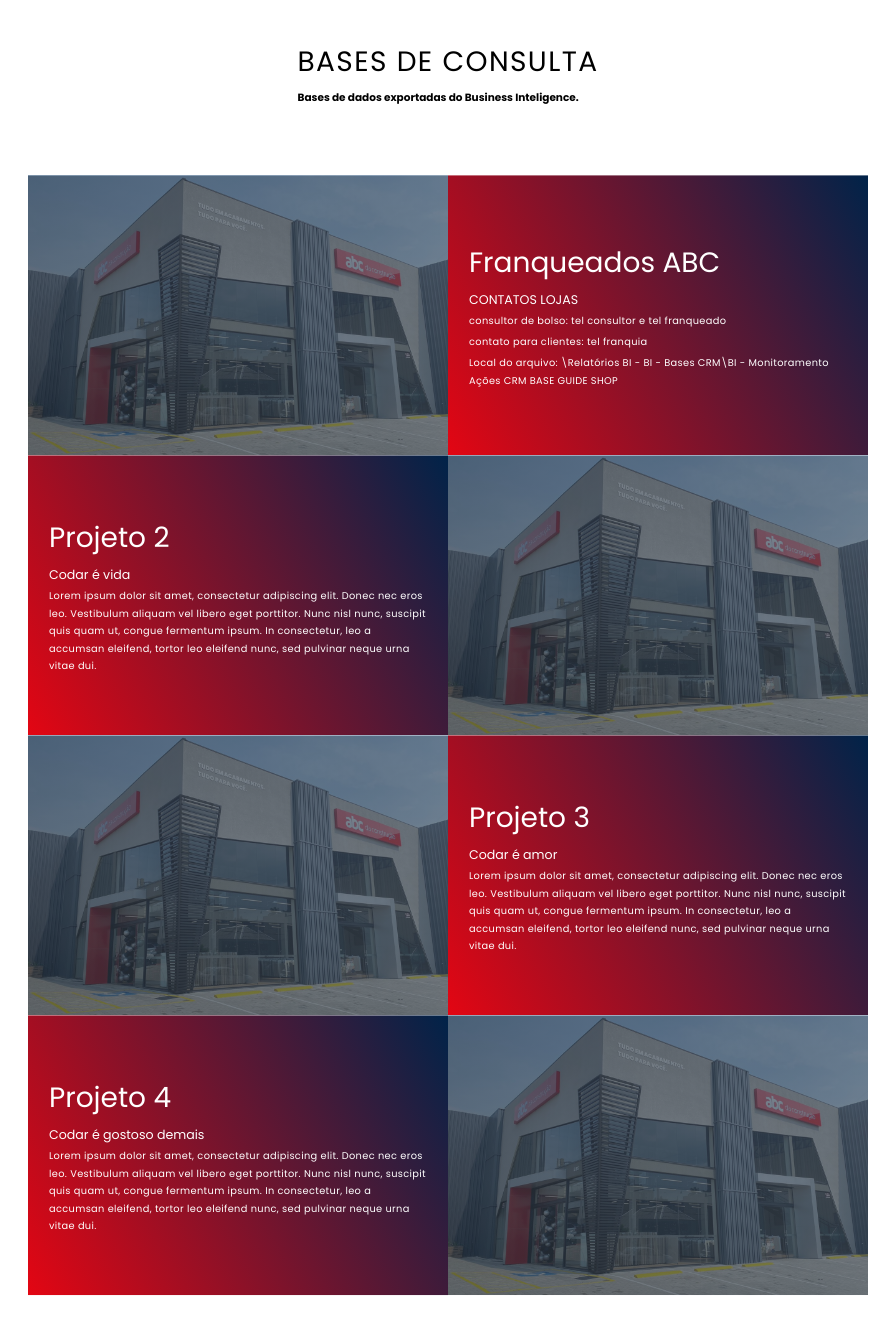
Repository: douglasabnovato/apresentacao
Page: index.html
An editor plug-in stored every save of this project. The page is shown before and after the next save, followed by the edit.
The browser window is 1280 px wide. The pictures show the part of the page from y = 1966 to 3886 px (the page is 13502 px tall), at 70% of full size.

Above is the page before, as saved 2025-01-14 17:00:48.

After the next save:
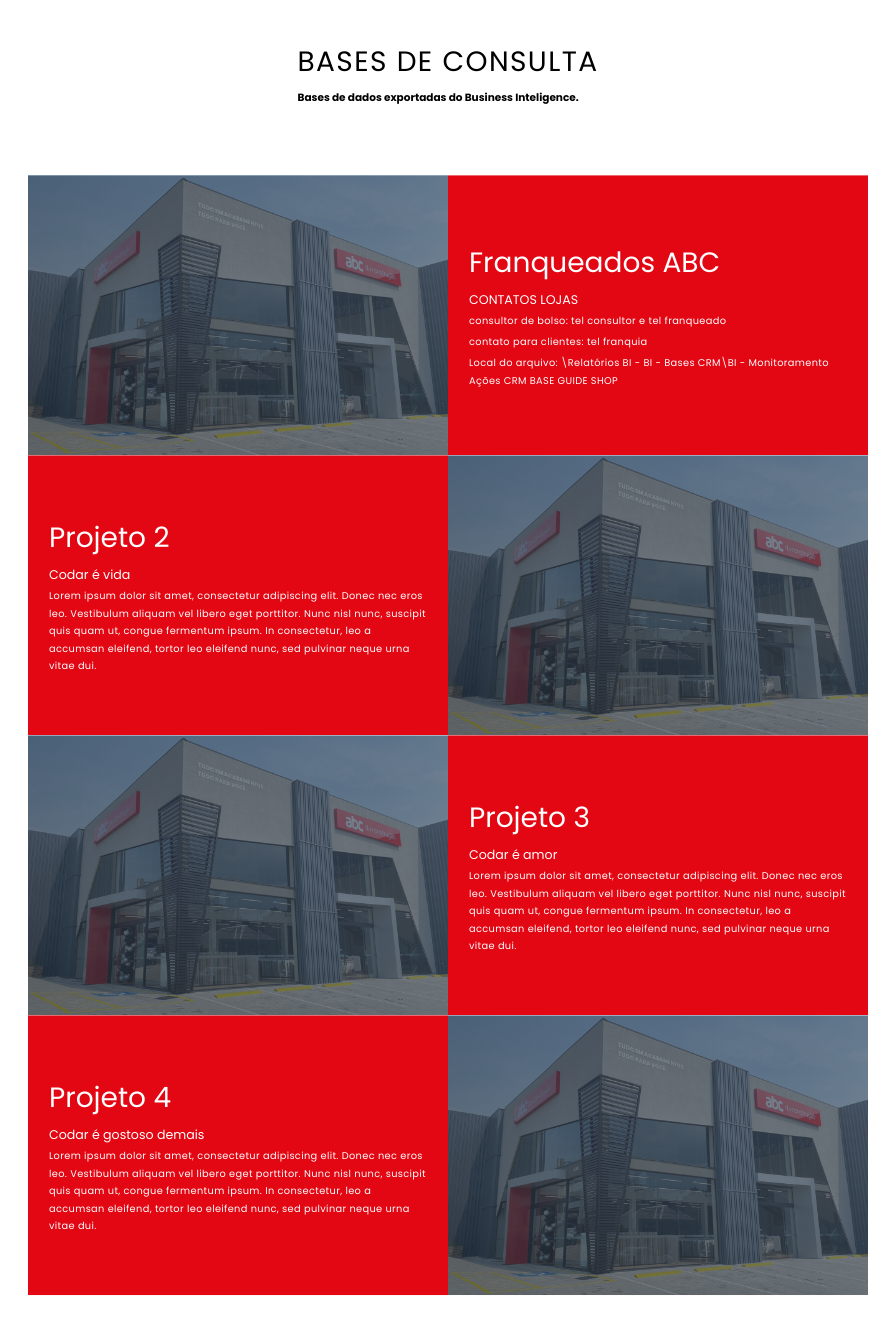
Saved 11 s later.
--- a/style.css
+++ b/style.css
@@ -278,7 +278,7 @@ p {
   align-items: flex-start;
   justify-content: center;
   flex-direction: column;
-  background-image: linear-gradient(60deg, #E30613 0%, #002349 100%);
+  background-image: linear-gradient(60deg, #E30613 0%, #E30613 100%);
   color: white;
 }
 
